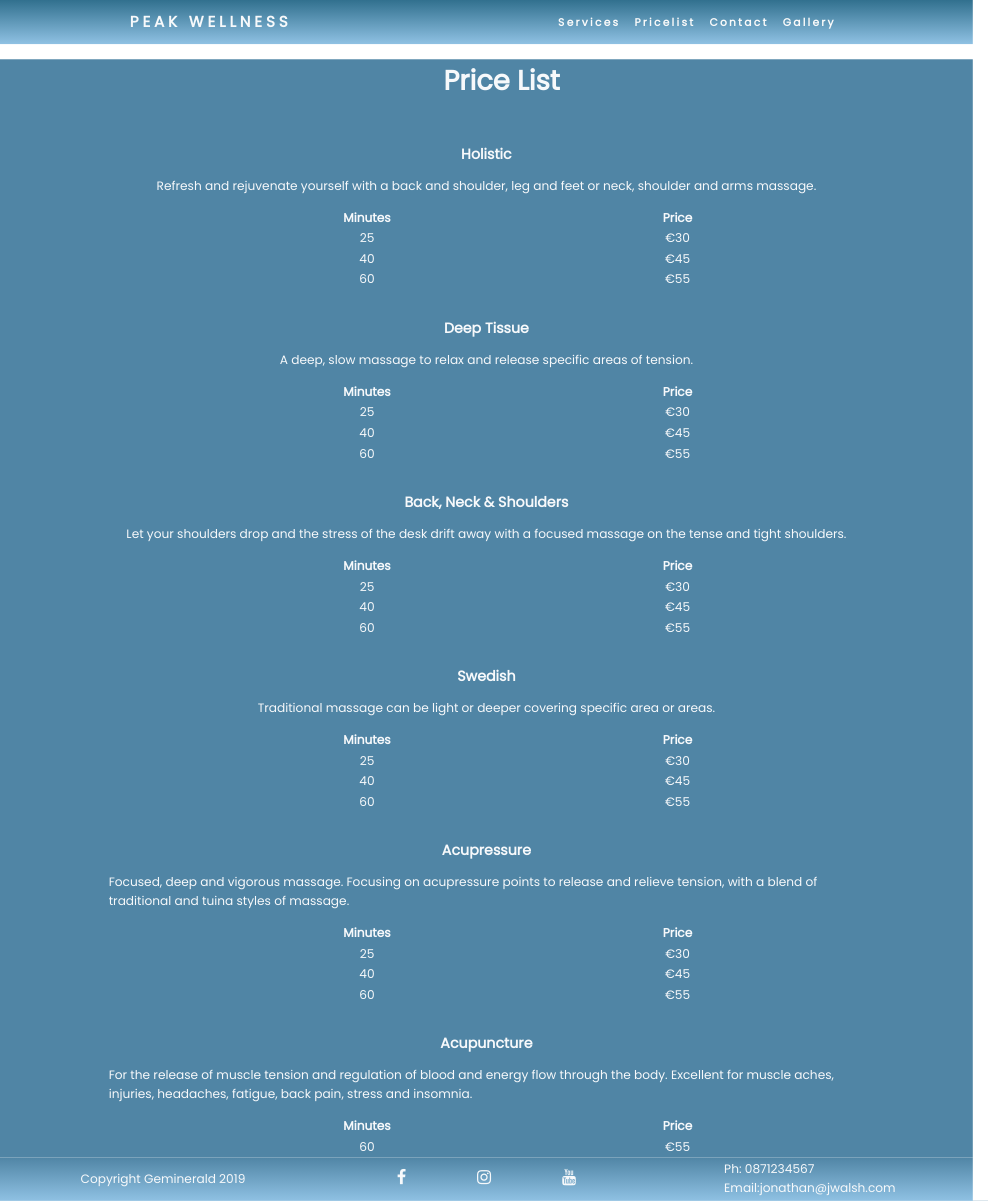
Repository: geminerald/peakwellness
Page: prices.html
The author's editor kept a record of every edit. The page is drawn from the files as they stood at one moment, then again after the next edit.
The browser window is 1280 px wide. The page is 1300 px wide, then 1280 px, so the pictures cover 1300 px, including what lies to the right of the window. The pictures show the whole page, at 76% of full size.

Above is the page before.

### prices.html
<!DOCTYPE html>
<html lang="en">

<head>
    <meta charset="UTF-8">
    <meta name="viewport" content="width=device-width, initial-scale=1.0, maximum-scale=1.0, user-scalable=0">
    <meta http-equiv="X-UA-Compatible" content="ie=edge">
    <link rel="stylesheet" href="assets/style.css" type="text/css" />
    <link href="https://fonts.googleapis.com/css?family=Poppins&display=swap" rel="stylesheet">
    <title>Peak Wellness</title>
    <link rel="icon" href="./images/peak-icon.png">
    <link rel="stylesheet" href="https://stackpath.bootstrapcdn.com/font-awesome/4.7.0/css/font-awesome.min.css" type="text/css" />
</head>

<body>
    <nav>
        <div class="logo">
            <a href="index.html">
                <h4>Peak Wellness</h4>
            </a>
        </div>
        <ul class="nav-links">
            <li>
                <a href="services.html">Services</a>
            </li>
            <li>
                <a href="prices.html">Pricelist</a>
            </li>
            <li>
                <a href="contact.html">Contact</a>
            </li>
            <li>
                <a href="gallery.html">Gallery</a>
            </li>

        </ul>
        <div class="burger">
            <div class="line1"></div>
            <div class="line2"></div>
            <div class="line3"></div>
        </div>
    </nav>
    <section>
        <div class="overlay">
            <div class="price-container">
                <h1>Price List</h1>
                <div class="price-option">
                    <h3>Holistic</h3>
                    <p>Refresh and rejuvenate yourself with a back and shoulder, leg and feet or neck, shoulder and arms massage.</p>
                    <table>
                        <tr>
                            <th>Minutes</th>
                            <th>Price</th>
                        </tr>
                        <tr>
                            <td>25</td>
                            <td>€30</td>
                        </tr>
                        <tr>
                            <td>40</td>
                            <td>€45</td>
                        </tr>
                        <tr>
                            <td>60</td>
                            <td>€55</td>
                        </tr>
                    </table>
                </div>
                <div class="price-option">
                    <h3>Deep Tissue</h3>
                    <p>A deep, slow massage to relax and release specific areas of tension.</p>
                    <table>
                        <tr>
                            <th>Minutes</th>
                            <th>Price</th>
                        </tr>
                        <tr>
                            <td>25</td>
                            <td>€30</td>
                        </tr>
                        <tr>
                            <td>40</td>
                            <td>€45</td>
                        </tr>
                        <tr>
                            <td>60</td>
                            <td>€55</td>
                        </tr>
                    </table>
                </div>
                <div class="price-option">
                    <h3>Back, Neck & Shoulders</h3>
                    <p>Let your shoulders drop and the stress of the desk drift away with a focused massage on the tense and tight shoulders.</p>
                    <table>
                        <tr>
                            <th>Minutes</th>
                            <th>Price</th>
                        </tr>
                        <tr>
                            <td>25</td>
                            <td>€30</td>
                        </tr>
                        <tr>
                            <td>40</td>
                            <td>€45</td>
                        </tr>
                        <tr>
                            <td>60</td>
                            <td>€55</td>
                        </tr>
                    </table>
                </div>
                <div class="price-option">
                    <h3>Swedish</h3>
                    <p>Traditional massage can be light or deeper covering specific area or areas.</p>
                    <table>
                        <tr>
                            <th>Minutes</th>
                            <th>Price</th>
                        </tr>
                        <tr>
                            <td>25</td>
                            <td>€30</td>
                        </tr>
                        <tr>
                            <td>40</td>
                            <td>€45</td>
                        </tr>
                        <tr>
                            <td>60</td>
                            <td>€55</td>
                        </tr>
                    </table>
                </div>
                <div class="price-option">
                    <h3>Acupressure</h3>
                    <p>Focused, deep and vigorous massage. Focusing on acupressure points to release and relieve tension, with a blend of traditional and tuina styles of massage.</p>
                    <table>
                        <tr>
                            <th>Minutes</th>
                            <th>Price</th>
                        </tr>
                        <tr>
                            <td>25</td>
                            <td>€30</td>
                        </tr>
                        <tr>
                            <td>40</td>
                            <td>€45</td>
                        </tr>
                        <tr>
                            <td>60</td>
                            <td>€55</td>
                        </tr>
                    </table>
                </div>
                <div class="price-option">
                    <h3>Acupuncture</h3>
                    <p>For the release of muscle tension and regulation of blood and energy flow through the body. Excellent for muscle aches, injuries, headaches, fatigue, back pain, stress and insomnia.</p>
                    <table>
                        <tr>
                            <th>Minutes</th>
                            <th>Price</th>
                        </tr>

                        <tr>
                            <td>60</td>
                            <td>€55</td>
                        </tr>
                    </table>
                </div>
            </div>
        </div>
    </section>
    <footer>
        <div class="f-item">
            <a class="show-mobile" target="_blank" href="https://github.com/geminerald"><i class="fa fa-copyright"></i> </a>
            <p class="hidden-mobile">Copyright <a target="_blank" href="https://github.com/geminerald"> Geminerald </a> 2019</p>
        </div>
        <div class="f-item">
            <ul class="social-links">
                <li><a target="_blank" href="https://www.facebook.com/PeakWellnessstudio/"><i class="fa fa-facebook"></i></a></li>
                <li><a target="_blank" href="https://www.instagram.com/thepeakwellnessstudio/"><i class="fa fa-instagram"></i></a></li>
                <li><a target="_blank" href="https://www.youtube.com/channel/UC_d9R5XdeesvneUyRDroG0w?"><i class="fa fa-youtube"></i></a></li>
            </ul>
        </div>
        <div class="f-item">
            <a class="show-mobile" href="contact.html"><i class="fa fa-phone"></i></a>
            <p class="hidden-mobile">Ph: 0871234567<br>Email:jonathan@jwalsh.com</p>
        </div>
    </footer>
    <script src="./assets/nav.js"></script>
</body>

</html>

### assets/style.css

/*----------------------------------------------------------------Universals*/* {
    margin: 0;
    padding: 0;
    box-sizing: border-box;
}

body {
    font-family: 'Poppins', sans-serif;
    color: #f7f9fb;
}

a {
    text-decoration: none;
    color: #f7f9fb;
    cursor:pointer;
}


h1 {
    margin: 20px;
    font-size: 5vh;
    width: 100%;
    text-align: center;
}

/*----------------------------------------------------------------Universals*/

/*----------------------------------------------------------------Colours

Grey/Green: #687864
Dark Blue: #31708e
Medium Blue: #5085a5
Light Blue: #8fc1e3
White: #f7f9fb

Colours from: https://visme.co/blog/website-color-schemes/

*/

.price-container{
    color:#f7f9fb;
    background-color:#5085a5 ;

}
.price-option{
    display:flex;
    flex-flow:column;
    justify-content:space-around;
    align-items:center;
    width:80%;
    margin:auto;
}
.price-option h3{
    margin-top:35px;
}
.price-option p{
    margin:15px;
}

table{
    width:80%;
    margin:auto;
}

th{

}
tr{

}
td{

    text-align:center;
}

/*----------------------------------------------------------------Nav*/

/*Nav Elements: Dev Ed:

https://www.youtube.com/watch?v=gXkqy0b4M5g

*/

nav {
    display: flex;
    justify-content: space-around;
    align-items: center;
    min-height: 8vh;
    background: linear-gradient(180deg, #31708E 0%, #8FC1E3 100%);

}

.logo {
    color: #fafafa;
    text-transform: uppercase;
    letter-spacing: 5px;
    font-size: 20px;

}

.nav-links {
    display: flex;
    width: 30%;
    justify-content: space-around;

}

.nav-links li {
    list-style: none;
}

.nav-links a {
    color: #fafafa;
    text-decoration: none;
    letter-spacing: 3px;
    font-weight: bold;
    font-size: 14px;

}

.burger {
    display: none;
    cursor: pointer;
}

.burger div {
    width: 25px;
    height: 3px;
    background-color: #fafafa;
    margin: 5px;
    transition: all 0.3s ease;

}

@media screen and (max-width:1068px) {
    .nav-links {
        width: 50%;
    }
}

@media screen and (max-width:768px) {
    body {
        overflow-x: hidden;
    }

    .nav-links {
        position: absolute;
        ;
        right: 0px;
        height: 92vh;
        top: 8vh;
        background: linear-gradient(270deg, #31708E 0%, #8FC1E3 100%);
        display: flex;
        flex-direction: column;
        align-items: center;
        width: 70%;
        transform: translateX(100%);
        transition: transform 0.5s ease-in;
        z-index: 1;
    }
    .nav-links li {
        opacity: 0;
    }
    .burger {
        display: block;
    }
}

.nav-active {
    transform: translateX(0%);
}

@keyframes navLinkFade {
    from {
        opacity: 0;
        transform: translateX(50px);
    }
    to {
        opacity: 1;
        transform: translateX(0px);
    }
}

.toggle .line1 {
    transform: rotate(-45deg) translate(-5px, 6px);
}

.toggle .line2 {
    opacity: 0;
}

.toggle .line3 {
    transform: rotate(45deg) translate(-5px, -6px);
}

/*----------------------------------------------------------------Nav*/

/*----------------------------------------------------------------Home*/

.home-container {
    background-image: url("../images/home-bg.jpg");
    background-repeat: no-repeat;
    background-position: center;
    background-size: cover;
    z-index: 0;
    margin: auto;
    height: 90vh;
    width: 100%;
    display: flex;
    justify-content: space-around;
    align-items: center;
    flex-flow: column;
}

.appear1 {
    animation: appear 1s ease-in;
}

.appear2 {
    opacity: 0;
    animation: appear 4s ease-in;
    animation-delay: 2s;
    animation-fill-mode: forwards;
}

/*----------------------------------------------------------------Home*/

/*----------------------------------------------------------------Services*/

.about {
    display: flex;
    flex-direction: column;
    align-items: center;
    color: #31708e;
    margin: 10px 0px 30px 0px;
}


.about p {
    margin: 20px 30px 0px 30px;
    text-align: center;
}

.services {
    display: flex;
    flex-flow: row wrap;
    align-items: center;
    color: #31708e;
    background-color: #f7f9fb;
    justify-content: center;
}

.service-container {
    margin-bottom: 15px;
}

.service {
    display: flex;
    align-items: center;
    justify-content: center;
    flex-flow: column wrap;
    margin: 0px 15px 20px 15px;
    min-height: 450px;
    min-width: 350px;

}

.service p {
    max-width: 350px;
    text-align: center;
    margin-top: 10px;
}

.image-cropper {
    border: 5px solid #8fc1e3;
    width: 250px;
    height: 250px;
    position: relative;
    overflow: hidden;
    border-radius: 50%;
    box-shadow: 0 2px 4px 0 rgba(0, 0, 0, 0.2);
    transition: 0.3s ease-in;

}

.image-cropper:hover {
    box-shadow: 0 3px 6px 0 rgba(0, 0, 0, 0.4);
}

.image-cropper img {
    display: inline;
    margin: 0 auto;
    height: 100%;
    width: auto;
}

button {
    color: #f7f9fb;
    background-color: #5085a5;
    margin: 10px 0px 10px 0px;
    min-height: 50px;
    min-width: 200px;
    border-radius: 5px;
    box-shadow: 0 4px 8px 0 rgba(0, 0, 0, 0.4);
    transition: 0.3s ease-in;
    font-size: 3vh;
    cursor: pointer;
    padding: 10px;
}

button:hover {
    box-shadow: 0 6px 14px 0 rgba(0, 0, 0, 0.6);
}

/*----------------------------------------------------------------Services*/

/*----------------------------------------------------------------Prices*/

/*----------------------------------------------------------------Prices*/

/*----------------------------------------------------------------Contact*/

.contact-container {
    display: flex;
    flex-direction: column;
    color: #5085a5;
    background-color:#f7f9fb;

}

h5{
    text-align:center;
    width:100%;
    letter-spacing:1px;
    font-size:2.5vh;
}

.contacts{
    display:flex;
    flex-flow:row wrap;
    justify-content:space-evenly;
    margin:5vh 0vh 5vh 0vh;
}

.contact{
    margin-top:5vh;
    display:flex;
    flex-direction:column;
    text-align:center;
}

.contact i{
    font-size:5vh;
}
.contact a{
    color:#5085a5;
}

form{
    margin:auto;
    margin-top:30px;
    margin-bottom:30px;
    display:flex;
    flex-flow:column wrap;
    width:80%;
    justify-content:space-evenly;
}

input,textarea{
    border-radius:5px;
    border:3px solid #8fc1e3;
    margin:5px;
}

/*----------------------------------------------------------------Contact*/

/*----------------------------------------------------------------Footer*/

footer {
    height: 8vh;
    width: 100%;
    background: linear-gradient(180deg, #5085A5 0%, #8FC1E3 100%);
    display: flex;
    flex-direction: row;
    justify-content: space-evenly;
}

.f-item {
    display: flex;
    align-items: center;
    justify-content: space-evenly;
    flex-direction: row;
    width: 33%;
}

.social-links {
    display: flex;
    justify-content: space-evenly;
    list-style: none;
    width: 100%;
}

.social-links li a i,
.f-item a i {
    font-size: 3vh;
}


.hidden-mobile {
    display: block;
}

.show-mobile {
    display: none;
}

@media screen and (max-width:768px) {
    .hidden-mobile {
        display: none;
    }
    .show-mobile {
        display: block;
    }
}

/*----------------------------------------------------------------Footer*/

/*----------------------------------------------------------------KeyFrames*/

@keyframes appear {
    from {
        opacity: 0
    }
    to {
        opacity: 1
    }

}

/*----------------------------------------------------------------KeyFrames*/

### assets/nav.js
const navSlide = () => {
    const burger = document.querySelector('.burger');
    const nav = document.querySelector('.nav-links');
    const navLinks = document.querySelectorAll('.nav-links li');

    burger.addEventListener('click', () => {
        nav.classList.toggle('nav-active');
        navLinks.forEach((link, index) => {
            if (link.style.animation) {
                link.style.animation = '';
            } else {
                link.style.animation = `navLinkFade 0.5s ease forwards ${index/7 + 1}s`;
            }
        });
        burger.classList.toggle('toggle');
    });
}

navSlide();

After the next edit:
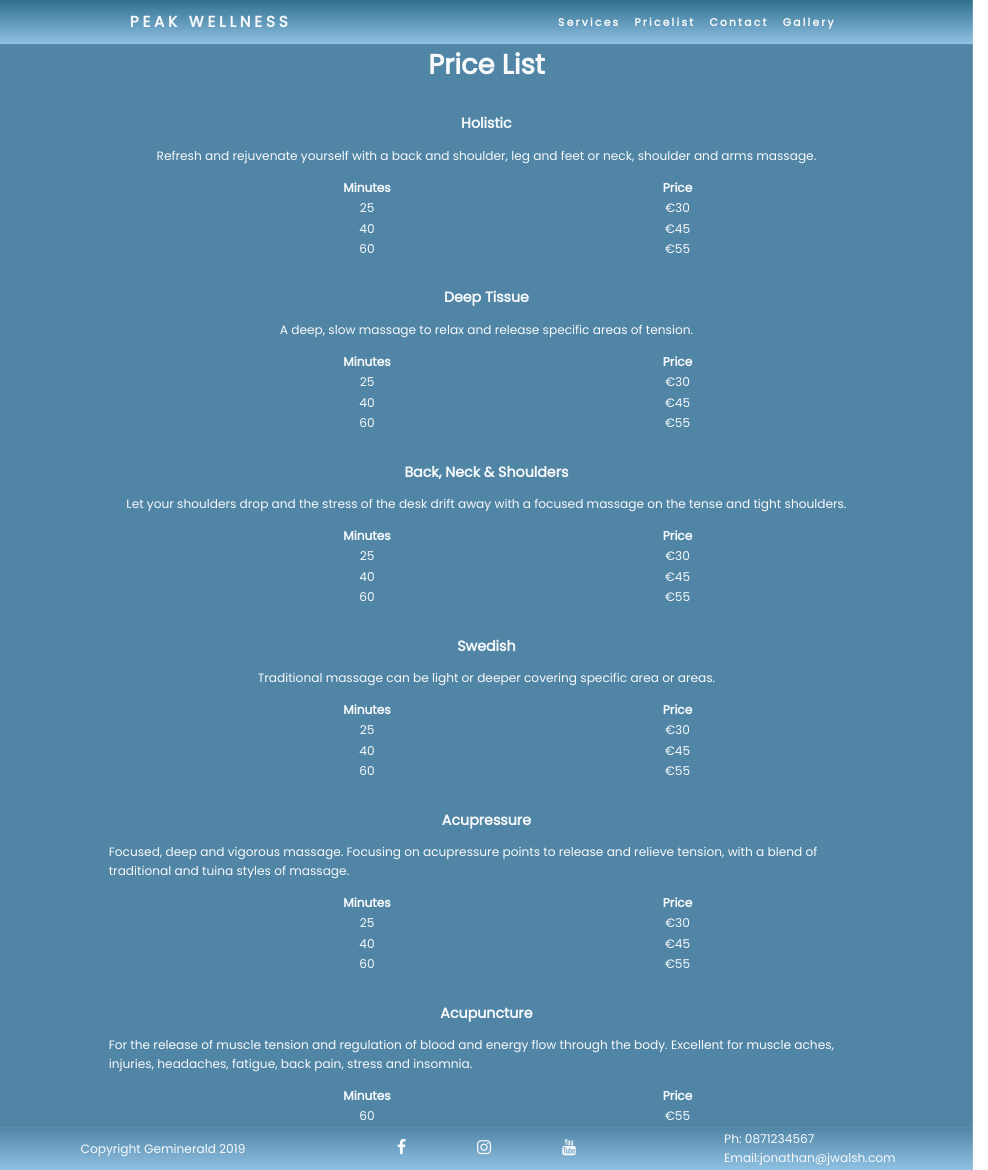
The edit:
--- a/assets/style.css
+++ b/assets/style.css
@@ -43,6 +43,11 @@
     background-color:#5085a5 ;
 
 }
+
+.price-container h1{
+    margin:0;
+}
+
 .price-option{
     display:flex;
     flex-flow:column;
